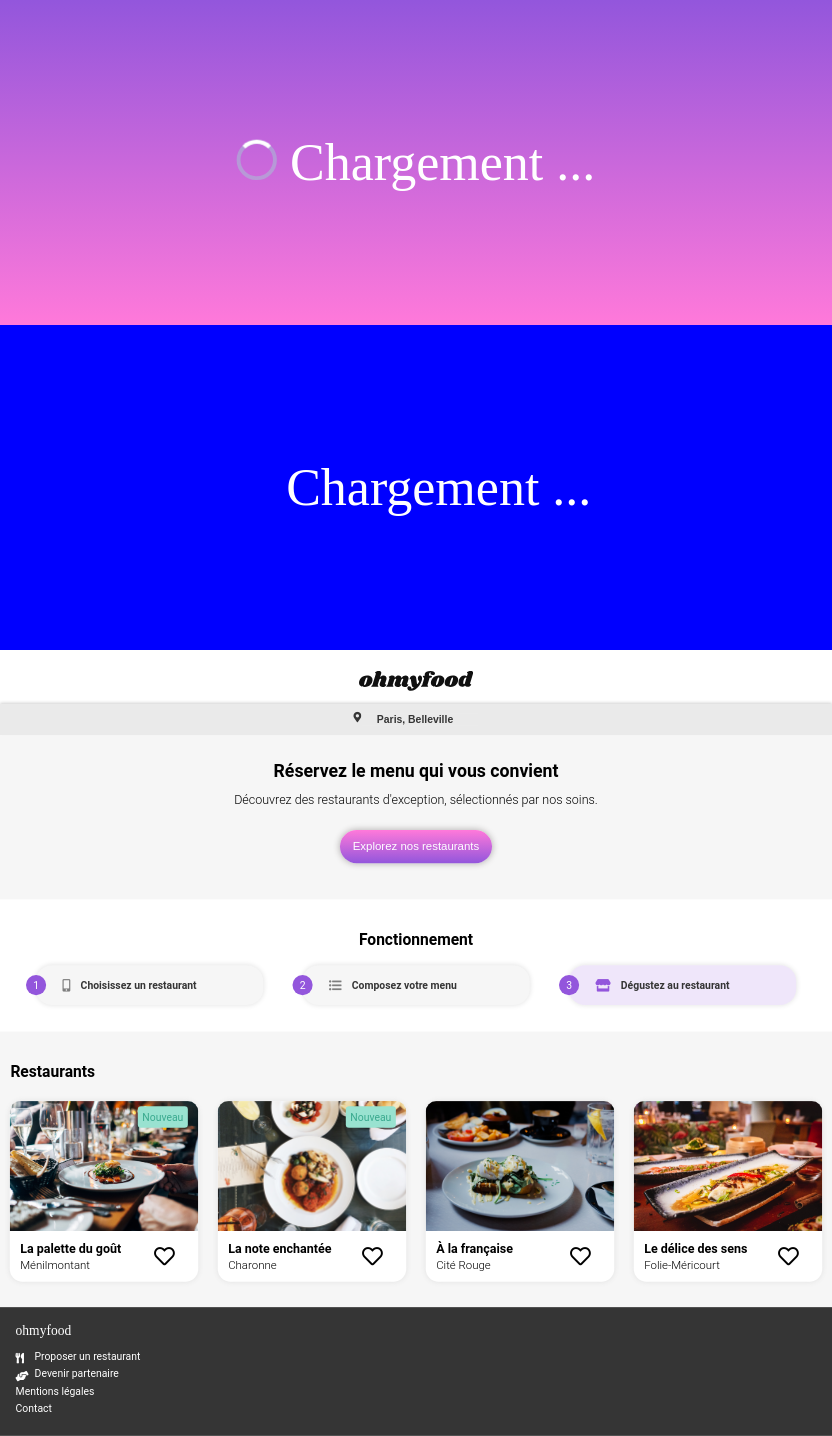
Repository: AlexisTisserand/AlexisTisserand_3_24112020
Page: index.html
The author's editor kept a copy of each file at every save. The page is drawn from the files as they stood at one save, then again after the next save.
The browser window is 1280 px wide. The pictures show the whole page, at 65% of full size.
Some web libraries are served in a nearby version. The style sheet was rebuilt from its Sass, Less or Tailwind sources for each picture, by a compiler version that may differ from the author's.

Above is the page before, as saved 2020-12-09 15:22:42.

After the next save:
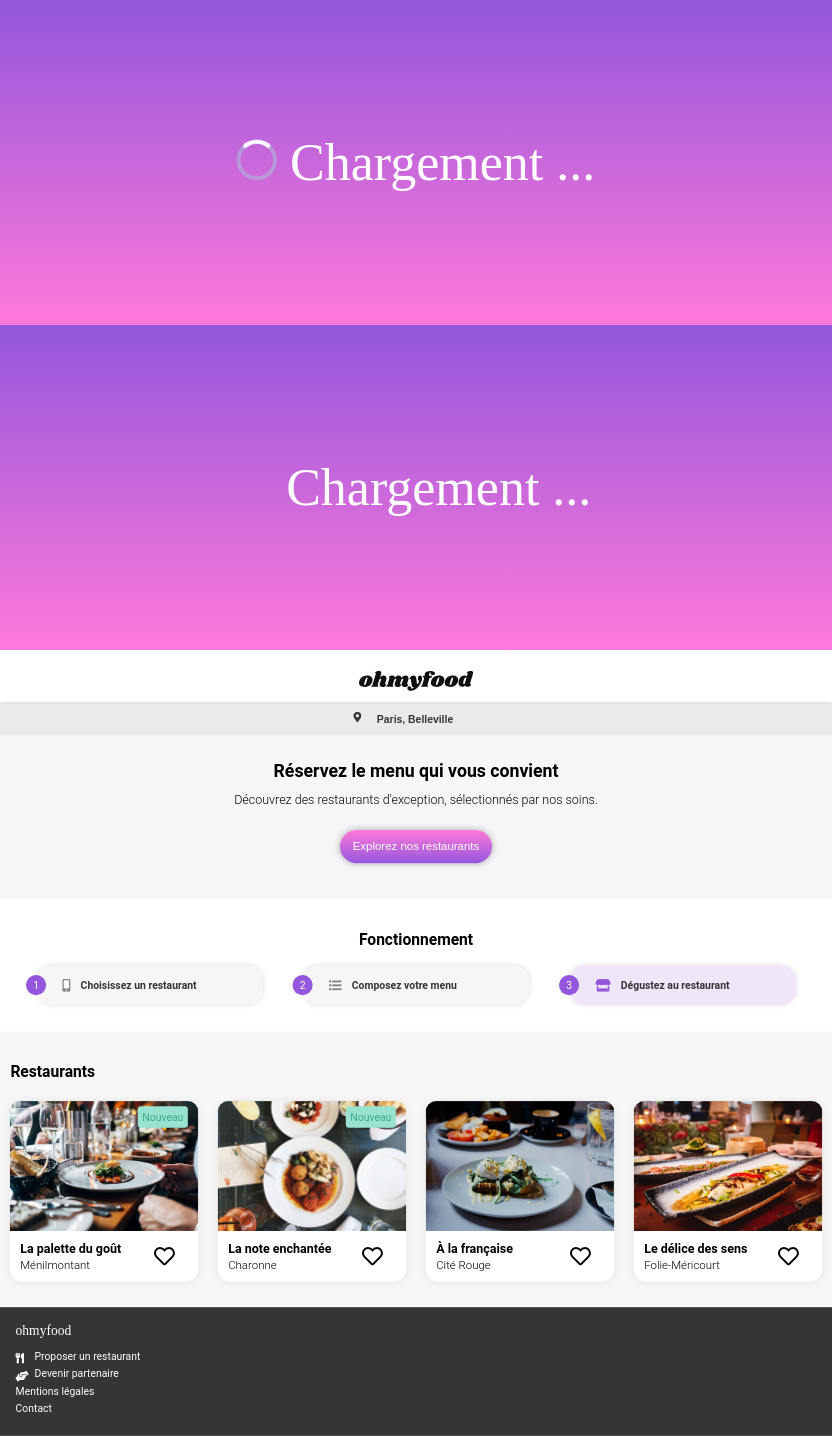
Saved 28 s later.
--- a/sass/style.scss
+++ b/sass/style.scss
@@ -49,9 +49,6 @@ $size: 1rem;
     color: white;
     font-size: 5rem;
     font-family: 'Shrikhand';
-}
-.section-2{
-    background: blue;
 }
 
 .loader{
